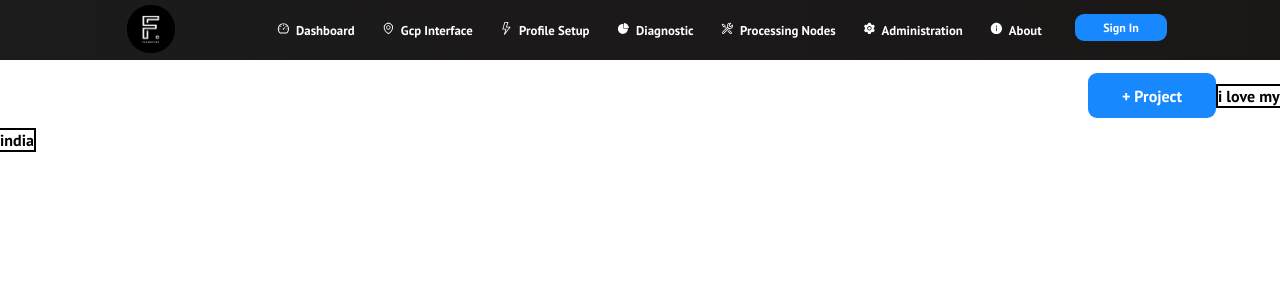
Repository: Akshaykumar1111/akki
Page: /Dashboard
The author's editor kept a copy of each file at every save. The page is drawn from the files as they stood at one save, then again after the next save.
The browser window is 1280 px wide. The pictures show the whole page.
Some web libraries are served in a nearby version. The project was rebuilt for these pictures with package versions that can differ from the ones it lists, and the page was loaded fresh each time. Also part of the build but not shown: src/components/pages/Administration.css, src/components/pages/Administration.js, src/components/pages/Diagnostic.js, src/components/pages/ProfileSetup.js, src/components/pages/GcpInterface.js, src/components/pages/ProcessingNodes.js, src/components/pages/About.js, src/components/pages/Popup.css and 7 more.

Above is the page before, as saved 2022-10-20 11:04:03.

### src/App.css
* {
  box-sizing: border-box;
  margin: 0;
  padding: 0;
  font-family: 'PT Sans', sans-serif;
}

.home,
.Diagnostic,
.Dashboard,
.ProfileSetup,
.GcpInterface,
.ProcessingNodes,
.products,
.Administration,
.DeveloperTools,
.About,
.sign-up,
.SigUp,
.Forgot,
.marketing,
.consulting {
  display: flex;
  height: 961.3px;
  align-items: center;
  justify-content: center;
  font-size: 2rem;
}


.map-container{
  width: 100%;
  height: 100%;
}

.Dashboard {
  background-image: url('./images/img-1.jpg');
  background-position: center;
  background-size: cover;
  background-repeat: no-repeat;
  color: #fff;
  font-size: 100px;

  margin-bottom: 10px;
}

.GcpInterface {
  background-image: url('./images/img-2.jpg');
  background-position: center;
  background-size: cover;
  background-repeat: no-repeat;
  color: #fff;
  font-size: 100px;
}

.Diagnostic {
  background-image: url('./images/img-3.jpg');
  background-position: center;
  background-size: fill;
  background-repeat: no-repeat;
  color: #fff;
  font-size: 100px;
}

.ProfileSetup {
  background-image: url('./images/img-4.jpg');
  background-position: center;
  background-size: cover;
  background-repeat: no-repeat;
  color: #fff;
  font-size: 100px;
}

.sign-up {
  background-image: url('./images/img-7.jpg');
  background-position: center;
  background-size: cover;
  background-repeat: no-repeat;
  color: #fff;
  font-size: 100px;
}

.marketing {
  background-image: url('./images/img-6.jpg');
  background-position: center;
  background-size: cover;
  background-repeat: no-repeat;
  color: #fff;
  font-size: 100px;
}

.consulting {
  background-image: url('./images/img-5.jpg');
  background-position: bottom;
  background-size: cover;
  background-repeat: no-repeat;
  color: #fff;
  font-size: 100px;
}

### src/components/pages/Dashboard.js

import React from 'react';
import '../../App.css';
import '../Button.css';
import './Dashboard.css';

export default function Dashboard() {
  return ( <>
  <button type="button" className='btn projectbtn'>+ Project</button>
  <div11>i love my india</div11>
  </>
  )
 }

### src/components/Button.js
import React from 'react';
import './Button.css';
import { Link } from 'react-router-dom';

export function Button() {
  return (
    <Link to='sign-In'>
      <button className='btn'>Sign In</button>
    </Link>
  );
}

### src/components/Navbar.css
.navbar {

  height: 70px;
  display: flex;
  justify-content: center;
  align-items: center;
  font-size: 1.2rem;


}
.nav-bg1{
  background-color: rgba(42, 41, 41, 0.606);
  }
.nav-bg2{
  background: linear-gradient(90deg, rgb(28, 27, 27) 0%, rgb(26, 23, 23) 100%);

}

.navbar-logo {
  color: #fff;
  justify-self: start;
  margin-left: 20px;
  cursor: pointer;
  text-decoration: none;
  font-size: 2rem;
}

.fa-firstdraft {
    margin-left: -18%;
    font-size: 1rem;
    height: 4rem;
    width: 4rem;
    text-align: center;
    margin-top: 12%;
    margin-left: -190%;
}
/* .log-img{
  width: 8%;
} */
.nav-menu {
  display: grid;
  grid-template-columns: repeat(8, auto);
  grid-gap: 10px;
  list-style: none;
  text-align: center;
  width: 70vw;
  justify-content: end;
  margin-right: 2rem;
}

.nav-item {
  display: flex;
  align-items: center;
  height: 80px;
  margin-top: 8%;
  display: flex;
}

.nav-links {
  color: white;
  text-decoration: none;
  padding: 0.5rem 1rem;
}

.nav-links:hover {
  background-color: #1888ff;
  border-radius: 4px;
  transition: all 0.2s ease-out;
}

.fa-bars {
  color: #fff;
}

.nav-links-mobile {
  display: none;
}

.menu-icon {
  display: none;
}
.li1{
  margin-top: 9%;
}

.li2{
  margin-top: 8%;
}
.li4{
  margin-top: 9%;
}
.li5{
  margin-top: 6.5%;
}
.li6{
  margin-top: 7.3%;
}
.li7{
  margin-top: 12.4%;
}
.li8{
  margin-top: 7%;
}

.nav-links1 {
  color: white;
  text-decoration: none;
  padding: 0.5rem 1rem;
}






@media screen and (max-width: 1648px) {
  .navbar {
    /* background: linear-gradient(90deg, rgb(28, 27, 27) 0%, rgb(26, 23, 23) 100%); */
    height: 60px;
    display: flex;
    justify-content: center;
    align-items: center;
    font-size: 0.8rem;
  }
  .nav-bg1{
    background-color: rgba(42, 41, 41, 0.606);
    }
  .nav-bg2{
    background: linear-gradient(90deg, rgb(28, 27, 27) 0%, rgb(26, 23, 23) 100%);

  }
  .navbar-logo {
    color: #fff;
    justify-self: start;
    margin-left: 20px;
    cursor: pointer;
    text-decoration: none;
    font-size: 1.5rem;
    padding-right: 1%;
  }

  .fa-firstdraft {
    margin-left: -6%;
    font-size: 1rem;
    height: 3rem;
    width: 3rem;
    text-align: center;
    margin-top: 12%;
}

  .nav-menu {
    display: grid;
    grid-template-columns: repeat(8, auto);
    grid-gap: 8px;
    list-style: none;
    text-align: center;
    width: 75vw;
    justify-content: end;
    margin-right: 1.2rem;
  }

  .nav-item {
    display: flex;
    align-items: center;
    height: 75px;
  }

  .nav-links {
    color: white;
    text-decoration: none;
    padding: 0.5rem 0.6rem;
  }

  .nav-links1 {
    color: white;
    text-decoration: none;
    padding: 0.5rem 1rem;
  }

  .nav-links:hover {
    background-color: #1888ff;
    border-radius: 4px;
    transition: all 0.2s ease-out;
  }

  .fa-bars {
    color: #fff;
  }

  .nav-links-mobile {
    display: none;
  }

  .menu-icon {
    display: none;
  }
  .li1{
    margin-top: 9%;
  }

  .li2{
    margin-top: 8%;
  }
  .li4{
    margin-top: 9%;
  }
  .li5{
    margin-top: 6.5%;
  }
  .li6{
    margin-top: 7.3%;
  }
  .li7{
    margin-top: 12.4%;
  }
  .li8{
    margin-top: 7%;
  }

}



@media screen and (max-width: 961px) {
  .NavbarItems {
    position: relative;
  }

  .nav-menu {
    display: flex;
    flex-direction: column;
    width: 100%;
    height: 90vh;
    position: absolute;
    top: 80px;
    left: -100%;
    opacity: 1;
    transition: all 0.5s ease;
  }

  .nav-menu.active {
    background: #242222;
    left: 0;
    opacity: 1;
    transition: all 0.5s ease;
    z-index: 1;
  }

  .nav-links {
    text-align: center;
    padding: 0rem;
    width: 100%;
    display: table;
    margin-top: -1%;
  }

  .nav-links1 {
    color: white;
    text-decoration: none;
    padding: 0.5rem 1rem;
  }


  .nav-links:hover {
    background-color: #1888ff;
    border-radius: 0;
  }

  .navbar-logo {
    position: absolute;
    top: 0;
    left: 0;
    transform: translate(25%, 50%);
  }

  .menu-icon {
    display: block;
    position: absolute;
    top: -8px;
    right: 0;
    transform: translate(-100%, 60%);
    font-size: 1.8rem;
    cursor: pointer;
  }

  .fa-times {
    color: #fff;
    font-size: 2rem;
  }
  .nav-item {
    display: flex;
    align-items: center;
    height: 88px;
    font-size: 155%;
}

  .nav-links-mobile {
    display: block;
    text-align: center;
    /* padding: 1.5rem; */
    margin: 0rem auto;
    border-radius: 16px;
    width: 50%;
    background: #1888ff;
    text-decoration: none;
    color: #fff;
    font-size: 1.2rem;
    height: 55px;
    margin-bottom: 2%;
    padding-top: 2%;
  }

  .nav-links-mobile:hover {
    background: #fff;
    color: #1888ff;
    transition: 250ms;
  }

  .nav-Button{
    margin-top: 14%;
  }
  /* button {
    display: none;
  } */
  .fa-firstdraft {
    margin-left: 85%;
    font-size: 1rem;
    height: 3rem;
    width: 3rem;
    text-align: center;
    margin-top: -28%;
}
.li1{
  margin-top: 9%;
}

.li2{
  margin-top: 8%;
}
.li4{
  margin-top: 9%;
}
.li5{
  margin-top: 6.5%;
}
.li6{
  margin-top: 7.3%;
}
.li7{
  margin-top: 12.4%;
}
.li8{
  margin-top: 7%;
}

}



@media screen and (max-width: 480px) {
  .NavbarItems {
    position: relative;
  }

  .nav-menu {
    display: flex;
    flex-direction: column;
    width: 100%;
    height: 90vh;
    position: absolute;
    top: 80px;
    left: -100%;
    opacity: 1;
    transition: all 0.5s ease;
  }

  .nav-menu.active {
    background: #242222;
    left: 0;
    opacity: 1;
    transition: all 0.5s ease;
    z-index: 1;
  }

  .nav-links {
    text-align: center;
    padding: 0rem;
    width: 100%;
    display: table;
    margin-top: -1%;
  }

  .nav-links1 {
    color: white;
    text-decoration: none;
    padding: 0.5rem 1rem;
  }


  .nav-links:hover {
    background-color: #1888ff;
    border-radius: 0;
  }

  .navbar-logo {
    position: absolute;
    top: 0;
    left: 0;
    transform: translate(25%, 50%);
  }

  .menu-icon {
    display: block;
    position: absolute;
    top: -8px;
    right: 0;
    transform: translate(-100%, 60%);
    font-size: 1.8rem;
    cursor: pointer;
  }

  .fa-times {
    color: #fff;
    font-size: 2rem;
  }
  .nav-item {
    display: flex;
    align-items: center;
    height: 88px;
    font-size: 155%;
}

  .nav-links-mobile {
    display: block;
    text-align: center;
    /* padding: 1.5rem; */
    margin: 0rem auto;
    border-radius: 16px;
    width: 50%;
    background: #1888ff;
    text-decoration: none;
    color: #fff;
    font-size: 1.2rem;
    height: 55px;
    margin-bottom: 2%;
    padding-top: 2%;
  }

  .nav-links-mobile:hover {
    background: #fff;
    color: #1888ff;
    transition: 250ms;
  }

  .nav-Button{
    margin-top: 14%;
  }
  /* button {
    display: none;
  } */
  .fa-firstdraft {
    margin-left: 50%;
    font-size: 1rem;
    height: 3rem;
    width: 3rem;
    text-align: center;
    margin-top: -28%;
}
.li1{
  margin-top: 9%;
}

.li2{
  margin-top: 8%;
}
.li4{
  margin-top: 9%;
}
.li5{
  margin-top: 6.5%;
}
.li6{
  margin-top: 7.3%;
}
.li7{
  margin-top: 12.4%;
}
.li8{
  margin-top: 7%;
}

}

/* <-----------sticky navbar----------> */
/* .sticky{
  position: fixed;
  top: 0;
  left: 0;
  width: 100%;
  height: 5rem;
  padding-top: 0;
  padding-bottom: 0;
  box-shadow: 0 0 2rem 0 rgb(0,0,0,5);
} */
/* <-----------sticky navbar end----------> */

### src/components/Button.css
:root {
  --primary: #1888ff;
}

.btn {
  padding: 6px 9px;
  border-radius: 4px;
  outline: none;
  border: none;
  font-size: 15px;
  color: #fff;
  cursor: pointer;
  background-color: var(--primary);
  margin-top: 33%;
}
.projectbtn {
  font-size: 150%;
  /* padding: 0.5% 0.1% 0.5% 0.1%; */
  width: 10%;
  margin-top: 1%;
  margin-left: 89%;
}

.btn:hover {
  padding: 5px 9px;
  transition: all 0.3s ease-out;
  background-color: transparent;
  color: #fff;
  border-radius: 4px;
  border: 2px solid var(--primary);
  transition: all 0.3s ease-out;
}
@media screen and (max-width: 1140px) {
  .NavbarItems {
    position: relative;
  }
  :root {
    --primary: #1888ff;
  }

  .btn {
    padding: 6px 12px;
    border-radius: 9px;
    outline: none;
    border: none;
    font-size: 12px;
    color: #fff;
    cursor: pointer;
    background-color: var(--primary);
    margin-top: 36%;
  }
  .projectbtn {
    font-size: 150%;
    /* padding: 0.5% 0.1% 0.5% 0.1%; */
    width: 10%;
    margin-top: 1%;
    margin-left: 89%;
  }

  .btn:hover {
    padding: 6px 18px;
    transition: all 0.3s ease-out;
    background-color: transparent;
    color: #fff;
    border-radius: 4px;
    border: 2px solid var(--primary);
    transition: all 0.3s ease-out;
  }
}

@media screen and (max-width: 1648px) {
  .NavbarItems {
    position: relative;
  }
  :root {
    --primary: #1888ff;
  }

  .btn {
    padding: 6px 12px;
    border-radius: 9px;
    outline: none;
    border: none;
    font-size: 12px;
    color: #fff;
    cursor: pointer;
    background-color: var(--primary);
    margin-top: 26%;
  }
  .projectbtn {
    font-size: 100%;
    padding: 1% 0.1% 1% 0.1%;
    width: 10%;
    margin-top: 1%;
    margin-left: 85%;
  }

  .btn:hover {
    padding: 6px 18px;
    transition: all 0.3s ease-out;
    background-color: transparent;
    color: #fff;
    border-radius: 4px;
    border: 2px solid var(--primary);
    transition: all 0.3s ease-out;
  }
}




@media screen and (max-width: 961px) {
  .NavbarItems {
    position: relative;
  }
  :root {
    --primary: #1888ff;
  }

  .btn {

    border-radius: 9px;
    outline: none;
    border: none;
    font-size: 12px;
    color: #fff;
    cursor: pointer;
    background-color: var(--primary);
    width: auto;
    margin-top: 3%;
  }
  .projectbtn {
    font-size: 100%;
    padding: 1.5% 0.1% 1.5% 0.1%;
    width: 10%;
    margin-top: 1%;
    margin-left: 86%;
  }

  .btn:hover {
    padding: 0px 0px;
    transition: all 0.3s ease-out;
    background-color: transparent;
    color: #fff;
    border-radius: 4px;
    border: 2px solid var(--primary);
    transition: all 0.3s ease-out;
  }
}

### src/components/pages/Dashboard.css
div11{

    border:2px solid black;
    background: transparent;
    }

### src/components/pages/Signin.css
.sign-ups{
    display: flex;
    height: 33px;
    align-items: center;
    justify-content: center;
    font-size: 3rem;
    margin-top: -9px;
    color:whitesmoke;
    text-shadow: 2px 2px 15px white;
  }
  body {font-family: Arial, Helvetica, sans-serif;}
  /* The Modal (background) */
  .Main-login-Div {
  width: 100%;
  height: 100%;
  background-color: rgba(0,0,0,0.4);

  padding:10% 20% 5.6% 20%;

  background-image: url('../../images/abhi.jpg');
  background-size: cover;


  }

  /* input[type=text], input[type=password] {
  width: 100%;
  padding: 12px 20px;
  margin: 12px 0;
  display: inline-block;
  border: 1px solid #ccc;
  box-sizing: border-box;
  } */
  .input[type=text], .input[type=password] {
    width: 100%;
    padding: 12px 20px;
    margin: 12px 0;
    display: inline-block;
    border: 1px solid #ccc;
    box-sizing: border-box;
    }

  /* Set a style for all buttons */
  button {
  background-color: var(--primary);
  color: white;
  padding: 14px 20px;
  margin: 12px 0;
  border: none;
  cursor: pointer;
  width: 100%;
  border-radius: 10px;

  }


  button:hover {
  opacity: 0.8;
  }

  .nav-links-mobile {
    display: none;
  }

  /* Extra styles for the cancel button */
  .cancelbtn {
  width: auto;
  padding: 10px 18px;
  background-color: #f44336;
  border-radius: 9%;
  }

  .Signupbtn{
  width: auto;
  padding: 10px 18px;
  background-color: var(--primary);
  text-align: center;
  border-radius: 9%;
  }

  /* Center the image and position the close button */
  .imgcontainer  {
  text-align: center;
  margin: 24px 0 12px 0;
  position: relative;
  }

  img.avatar {
  width: 40%;
  border-radius: 50%;
  }

  .container {
  padding: 16px;
  /* text-align: right; */

  }
  .cont2{
    margin-left: 75px;
  }

  .container5 {

  /* text-align: right; */
  width: 100%;
  display: flex;
  /* height: 10%; */

  }

  .container1 {
  padding: 16px;

  width: 80%;

  }
  .container2 {
  width: 20%;
  text-align: right;
  padding: 16px;

  }







  span.psw {
  float: right;
  padding-top: 16px;
  }



  /* Modal Content/Box */
  .modal-content {
  background-color: #fefefe;
  margin: 5% auto 15% auto; /* 5% from the top, 15% from the bottom and centered */
  border: 1px solid #888;
  width: 80%; /* Could be more or less, depending on screen size */
  border-radius: 18px;
  }

  /* The Close Button (x) */
  .close {
  position: absolute;
  right: 25px;
  top: 0;
  color: #000;
  font-size: 35px;
  font-weight: bold;
  }

  .close:hover,
  .close:focus {
  color: red;
  cursor: pointer;
  }

  /* Add Zoom Animation */
  .animate {
  -webkit-animation: animatezoom 0.6s;
  animation: animatezoom 0.6s
  }

  @-webkit-keyframes animatezoom {
  from {-webkit-transform: scale(0)}
  to {-webkit-transform: scale(1)}
  }

  @keyframes animatezoom {
  from {transform: scale(0)}
  to {transform: scale(1)}
  }


  /* /////////////////////////////////////////////////////////////////////////////////////////////////////////////////// */
  @media screen and (max-width: 961px){
  .sign-ups{
    display: flex;
    height: 33px;
    align-items: center;
    justify-content: center;
    font-size: 3rem;
    margin-top: -9px;
    color:whitesmoke;
    text-shadow: 2px 2px 15px white;
  }
  body {font-family: Arial, Helvetica, sans-serif;}
  /* The Modal (background) */
  .Main-login-Div {
  width: 100%; /* Full width */
  height: 100%; /* Full height */
  background-color: rgba(0,0,0,0.4); /* Black w/ opacity */
  padding-top: 15%;
  padding-bottom: 2%;

  background-image: url('../../images/abhi.jpg');
  background-size: cover;


  }

  .input2[type=text], .input2[type=password] {
  width: 80%;
  padding: 12px 20px;
  margin: 12px 0;
  display: inline-block;
  border: 1px solid #ccc;
  box-sizing: border-box;
  }

  /* Set a style for all buttons */
  button {
  background-color: var(--primary);
  color: white;
  padding: 14px 20px;
  margin: 12px 0;
  border: none;
  cursor: pointer;
  width: 100%;
  border-radius: 10px;
  }


  button:hover {
  opacity: 0.8;
  }

  /* Extra styles for the cancel button */
  .cancelbtn {
  /* width: auto; */
  padding: 10px 18px;
  background-color: #f44336;
  }

  .Signupbtn{
  /* width: auto; */
  padding: 10px 18px;
  background-color: var(--primary);
  text-align: center;

  }

  /* Center the image and position the close button */
  .imgcontainer  {
  text-align: center;
  margin: 24px 0 12px 0;
  position: relative;
  }

  img.avatar {
  width: 40%;
  border-radius: 50%;
  }

  .container {
  padding: 16px;
  /* text-align: right; */

  }

  .container5 {

  /* text-align: right; */
  width: 100%;
  display: flex;
  /* height: 10%; */

  }

  .container1 {
  padding: 16px;

  width: 80%;

  }
  .container2 {
  width: 50%;
  text-align: right;
  padding: 16px;

  }








  span.psw {
  float: right;
  padding-top: 16px;
  }



  /* Modal Content/Box */
  .modal-content {
  background-color: #fefefe;
  margin: 5% auto 15% auto; /* 5% from the top, 15% from the bottom and centered */
  border: 1px solid #888;
  width: 80%; /* Could be more or less, depending on screen size */
  border-radius: 18px;
  }

  /* The Close Button (x) */
  .close {
  position: absolute;
  right: 25px;
  top: 0;
  color: #000;
  font-size: 35px;
  font-weight: bold;
  }

  .close:hover,
  .close:focus {
  color: red;
  cursor: pointer;
  }

  /* Add Zoom Animation */
  .animate {
  -webkit-animation: animatezoom 0.6s;
  animation: animatezoom 0.6s
  }

  @-webkit-keyframes animatezoom {
  from {-webkit-transform: scale(0)}
  to {-webkit-transform: scale(1)}
  }

  @keyframes animatezoom {
  from {transform: scale(0)}
  to {transform: scale(1)}
  }
  }
  @media screen and (max-width: 300px) {
    span.psw {
       display: block;
       float: none;
    }
    .cancelbtn {
       width: 100%;
    }
  }

  @media screen and (max-width: 610px){
    .sign-ups{
      display: flex;
      height: 33px;
      align-items: center;
      justify-content: center;
      font-size: 2rem;
      margin-top: -9px;
      color:whitesmoke;
      text-shadow: 2px 2px 15px white;
    }
    body {font-family: Arial, Helvetica, sans-serif;}
    /* The Modal (background) */
    .Main-login-Div {
    width: 100%; /* Full width */
    height: 100%; /* Full height */
    background-color: rgba(0,0,0,0.4); /* Black w/ opacity */
    padding-top: 15%;
    padding-bottom: 2%;

    background-image: url('../../images/abhi.jpg');
    background-size: cover;


    }

    .input[type=text], .input[type=password] {
    width: 100%;
    padding: 12px 20px;
    margin: 12px 0;
    display: inline-block;
    border: 1px solid #ccc;
    box-sizing: border-box;
    }

    /* Set a style for all buttons */
    /* button {
    background-color: var(--primary);
    color: white;
    padding: 14px 20px;
    margin: 12px 0;
    border: none;
    cursor: pointer;
    width: 126%;
    } */
    .button {
      background-color: var(--primary);
      color: white;
      padding: 14px 20px;
      margin: 12px 0;
      border: none;
      cursor: pointer;
      width: 100%;
      border-radius: 10px;
      }



    button:hover {
    opacity: 0.8;
    }

    /* Extra styles for the cancel button */
    .cancelbtn {
    /* width: auto; */
    padding: 7px 14px;
    background-color: #f44336;
    }
    .cont2{
      margin-left: 75px;

    }
    .Signupbtn{
    /* width: auto; */
    padding: 3px 11px;
    background-color: var(--primary);
    text-align: center;
    font-size: 14px;

    }
    .Forgot-password{
      font-size: 12px;
    }

    /* Center the image and position the close button */
    .imgcontainer  {
    text-align: center;
    margin: 24px 0 12px 0;
    position: relative;
    }

    img.avatar {
    width: 40%;
    border-radius: 50%;
    }

    .container {
    padding: 16px;
    /* text-align: right; */
    width: 100%;

    }

    .container5 {

    /* text-align: right; */
    width: 100%;
    display: flex;
    /* height: 10%; */

    }

    .container1{
    padding: 16px;

    width: 80%;

    }
    .container2 {
    width: 50%;
    text-align: right;
    padding: 16px;

    }








    span.psw1 {
    float: right;
    padding-top: 16px;
    }



    /* Modal Content/Box */
    .modal-content {
    background-color: #fefefe;
    margin: 5% auto 15% auto; /* 5% from the top, 15% from the bottom and centered */
    border: 1px solid #888;
    width: 80%; /* Could be more or less, depending on screen size */
    border-radius: 18px;
    }

    /* The Close Button (x) */
    .close {
    position: absolute;
    right: 25px;
    top: 0;
    color: #000;
    font-size: 35px;
    font-weight: bold;
    }

    .close:hover,
    .close:focus {
    color: red;
    cursor: pointer;
    }

    /* Add Zoom Animation */
    .animate {
    -webkit-animation: animatezoom 0.6s;
    animation: animatezoom 0.6s
    }

    @-webkit-keyframes animatezoom {
    from {-webkit-transform: scale(0)}
    to {-webkit-transform: scale(1)}
    }

    @keyframes animatezoom {
    from {transform: scale(0)}
    to {transform: scale(1)}
    }
    }

    @media screen and (max-width: 523px){
      .sign-ups{
        display: flex;
        height: 33px;
        align-items: center;
        justify-content: center;
        font-size: 1.5rem;
        margin-top: -9px;
        color:whitesmoke;
        text-shadow: 2px 2px 15px white;
      }
      body {font-family: Arial, Helvetica, sans-serif;}
      /* The Modal (background) */
      .Main-login-Div {
      width: 100%; /* Full width */
      height: 100%; /* Full height */
      background-color: rgba(0,0,0,0.4); /* Black w/ opacity */
      padding-top: 15%;
      padding-bottom: 2%;

      background-image: url('../../images/abhi.jpg');
      background-size: cover;


      }

      .input[type=text], .input[type=password] {
      width: 100%;
      padding: 12px 20px;
      margin: 12px 0;
      display: inline-block;
      border: 1px solid #ccc;
      box-sizing: border-box;
      }

      /* Set a style for all buttons */
      /* button {
      background-color: var(--primary);
      color: white;
      padding: 14px 20px;
      margin: 12px 0;
      border: none;
      cursor: pointer;
      width: 126%;
      } */
      .button {
        background-color: var(--primary);
        color: white;
        padding: 14px 20px;
        margin: 12px 0;
        border: none;
        cursor: pointer;
        width: 100%;
        border-radius: 10px;

        }



      button:hover {
      opacity: 0.8;
      }

      /* Extra styles for the cancel button */
      .cancelbtn {
      /* width: auto; */
      padding: 7px 14px;
      background-color: #f44336;
      }
      .cont2{
        margin-left: 30px;

      }
      .Signupbtn{
      /* width: auto; */
      padding: 3px 11px;
      background-color: var(--primary);
      text-align: center;
      font-size: 14px;

      }
      .Forgot-password{
        font-size: 12px;
      }

      /* Center the image and position the close button */
      .imgcontainer  {
      text-align: center;
      margin: 24px 0 12px 0;
      position: relative;
      }

      img.avatar {
      width: 40%;
      border-radius: 50%;
      }

      .container {
      padding: 16px;
      /* text-align: right; */
      width: 100%;

      }

      .container5 {

      /* text-align: right; */
      width: 100%;
      display: flex;
      /* height: 10%; */

      }

      .container1{
      padding: 16px;

      width: 80%;

      }
      .container2 {
      width: 50%;
      text-align: right;
      padding: 16px;

      }








      span.psw1 {
      float: right;
      padding-top: 16px;
      }



      /* Modal Content/Box */
      .modal-content {
      background-color: #fefefe;
      margin: 5% auto 15% auto; /* 5% from the top, 15% from the bottom and centered */
      border: 1px solid #888;
      width: 80%; /* Could be more or less, depending on screen size */
      border-radius: 18px;
      }

      /* The Close Button (x) */
      .close {
      position: absolute;
      right: 25px;
      top: 0;
      color: #000;
      font-size: 35px;
      font-weight: bold;
      }

      .close:hover,
      .close:focus {
      color: red;
      cursor: pointer;
      }

      /* Add Zoom Animation */
      .animate {
      -webkit-animation: animatezoom 0.6s;
      animation: animatezoom 0.6s
      }

      @-webkit-keyframes animatezoom {
      from {-webkit-transform: scale(0)}
      to {-webkit-transform: scale(1)}
      }

      @keyframes animatezoom {
      from {transform: scale(0)}
      to {transform: scale(1)}
      }

      }

Loaded but not shown: public/index.html (common file); src/index.js (common file); src/components/Navbar.js (179 lines, source omitted); src/App.js (57 lines, source omitted)

After the next save:
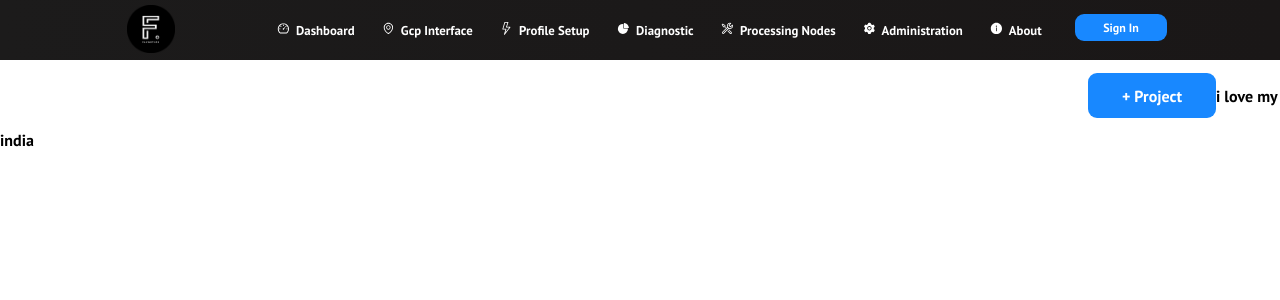
Saved 2 min 20 s later.
--- a/src/components/pages/Dashboard.css
+++ b/src/components/pages/Dashboard.css
@@ -1,5 +1,5 @@
 div11{
-
+    padding: 0% 45% 20% 37
     border:2px solid black;
     background: transparent;
     }

After the save that followed:
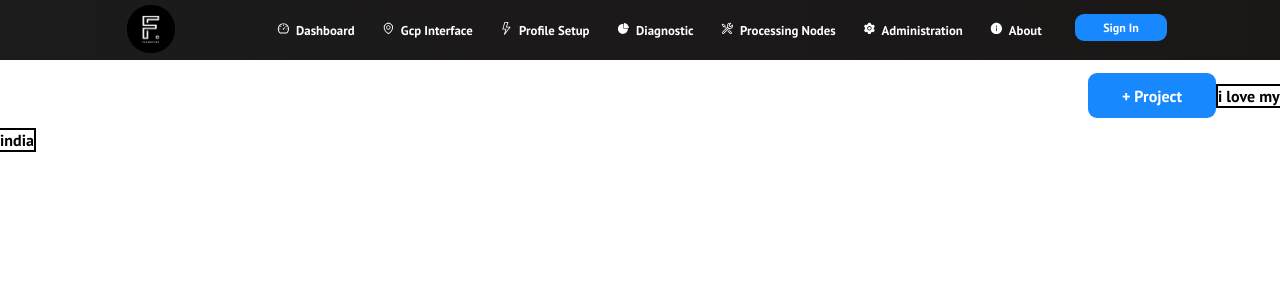
Saved 5 s later.
--- a/src/components/pages/Dashboard.css
+++ b/src/components/pages/Dashboard.css
@@ -1,5 +1,5 @@
 div11{
-    padding: 0% 45% 20% 37
+    padding: 0% 45% 20% 37;
     border:2px solid black;
     background: transparent;
     }
